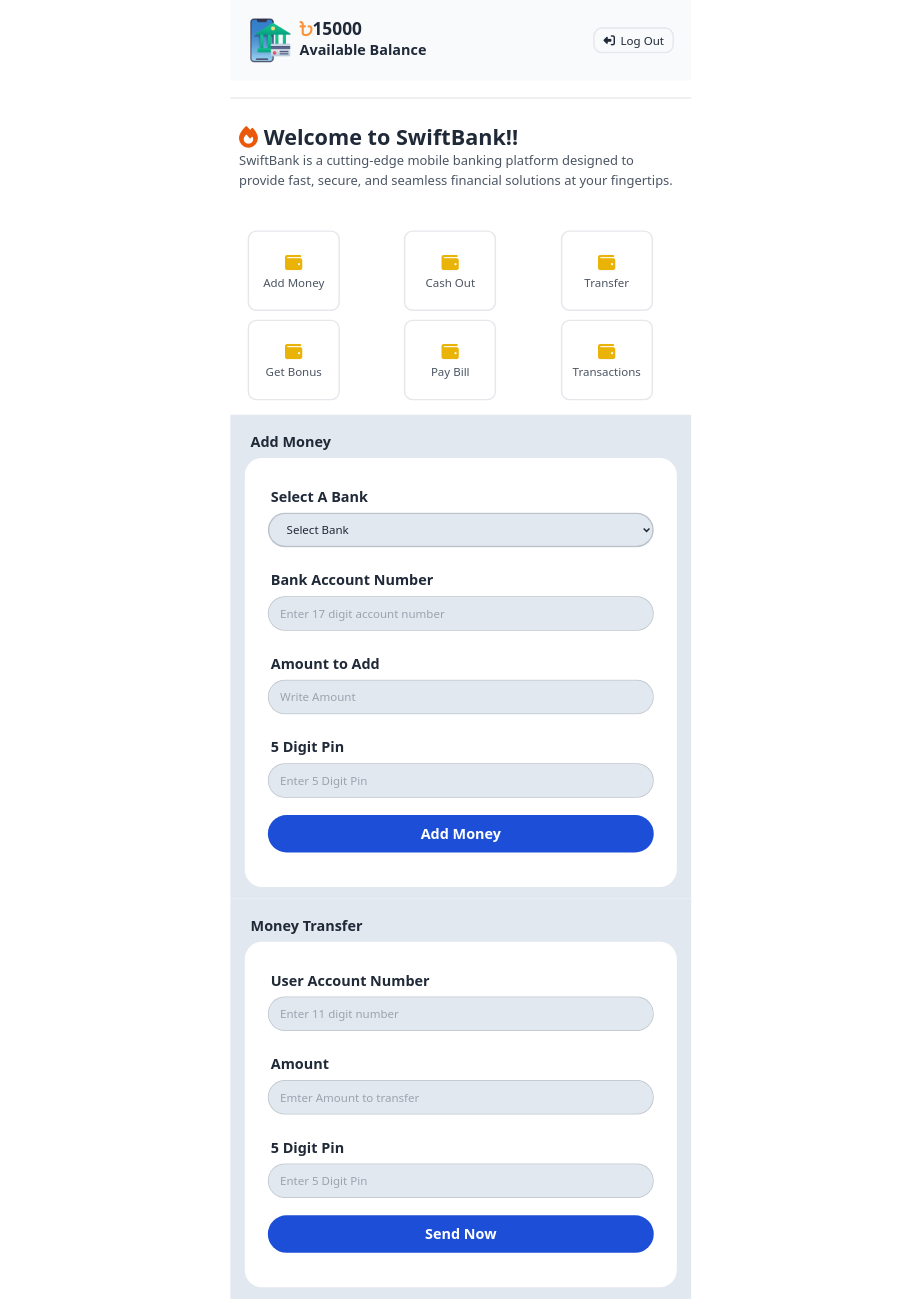
Repository: mukaddam-coder/swift-bank-mobile-banking
Page: home.html
An editor plug-in stored every save of this project. The page is shown before and after the next save, followed by the edit.
The browser window is 1280 px wide. The pictures show the whole page, at 72% of full size.
Some web libraries are served in a nearby version.

Above is the page before, as saved 2024-12-14 01:02:12.

### home.html
<!DOCTYPE html>
<html lang="en">
<head>
    <meta charset="UTF-8">
    <meta name="viewport" content="width=device-width, initial-scale=1.0">
    <title>SwiftBank</title>
    <!-- Fontawesome CDN -->
    <script src="https://kit.fontawesome.com/c4e7b2ed2f.js" crossorigin="anonymous"></script>
    <!-- Google Fonts -->
    <link rel="preconnect" href="https://fonts.googleapis.com">
    <link rel="preconnect" href="https://fonts.gstatic.com" crossorigin>
    <link href="https://fonts.googleapis.com/css2?family=Montserrat:ital,wght@0,100..900;1,100..900&display=swap" rel="stylesheet">
    <!-- Tailwind + DaisyUi CDN -->
    <link href="https://cdn.jsdelivr.net/npm/daisyui@4.12.19/dist/full.min.css" rel="stylesheet" type="text/css" />
    <script src="https://cdn.tailwindcss.com"></script>

</head>
<body>

<main>
  <div class="w-1/2 mx-auto p-6 bg-slate-50 h-full flex justify-between items-center">
    <div class="flex gap-2">
        <!-- Logo -->
    <div>
    <img class="w-16 h-16" src="images/mobile-banking.png">
    </div>
    <div>
   <h2 class="text-2xl font-bold" id="main-balance">
   <i class="fa-solid fa-bangladeshi-taka-sign text-orange-400"></i>15000</h2>
   <p class="font-semibold text-xl">Available Balance</p>
</div>
</div>
<div>
<button class="border-2 w-28 px-1 py-1 rounded-xl"> <i class="fa-solid fa-right-from-bracket rotate-180 mr-2"></i>Log Out</button>
</div>
        </div>
    <div class="divider w-1/2 mx-auto"></div>
    <!-- Greetings Section -->
        <section class="w-1/2 mx-auto p-3">
            <h1 class="font-bold text-3xl"><i class="fa-solid fa-fire text-orange-600 text-3xl mr-2"></i>Welcome to SwiftBank!!</h1>
            <p class="text-gray-600 text-lg">
                SwiftBank is a cutting-edge mobile banking platform designed to provide fast, secure, and seamless financial solutions at your fingertips.
            </p>
        </section>
     <!-- User Actionable Dashboard -->

     <section class="w-1/2 mx-auto py-8 grid grid-cols-3 gap-3">

            <div class="w-32 h-28 ml-3 p-3">
                <button id="show-add-money-section" class="border-2 w-32 h-28 rounded-xl bg-white text-gray-600">
                    <p>
                <i class="fa-solid fa-wallet text-yellow-500 text-2xl"></i>
                    </p>
                Add Money
            </button>
                </div>
                <div class="w-32 h-28 ml-3 p-3">
                <button id="show-cash-out-section" class="border-2 w-32 h-28 rounded-xl bg-white text-gray-600">
                    <p>
                <i class="fa-solid fa-wallet text-yellow-500 text-2xl"></i>
                    </p>
                Cash Out
            </button>
                </div>
                <div class="w-32 h-28 ml-3 p-3">
                <button class="border-2 w-32 h-28 rounded-xl bg-white text-gray-600">
                    <p>
                <i class="fa-solid fa-wallet text-2xl text-yellow-500"></i>
                    </p>
                Transfer
            </button>
                </div>
                <div class="w-32 h-28 ml-3 p-3">
                <button class="border-2 w-32 h-28 rounded-xl bg-white text-gray-600">
                    <p>
                <i class="fa-solid fa-wallet text-2xl text-yellow-500"></i>
                    </p>
                Get Bonus
            </button>
                </div>
                <div class="w-32 h-28 ml-3 p-3">
                <button class="border-2 w-32 h-28 rounded-xl bg-white text-gray-600">
                    <p>
                <i class="fa-solid fa-wallet text-2xl text-yellow-500"></i>
                    </p>
                Pay Bill
            </button>
                </div>
                <div class="w-32 h-28 ml-3 p-3">
                <button class="border-2 w-32 h-28 rounded-xl bg-white text-gray-600">
                    <p>
                <i class="fa-solid fa-wallet text-2xl text-yellow-500"></i>
                    </p>
                Transactions
            </button>
    </div>
      </section>
      <!-- Add Money Section Start -->
      <section id ="add-money-section" class="w-1/2 mx-auto px-5 py-4 bg-slate-200">
        <h2 class="p-2 font-bold text-xl">Add Money</h2>
        <form class="card-body bg-white rounded-3xl">
            <div class="form-control mb-4">
              <label class="label">
                <span class="label-text font-semibold text-xl">Select A Bank</span>
              </label>
              <select id="bank"  class="input-bordered rounded-full bg-slate-200 h-12 px-5 border-2">
                <option value="Select Bank">Select Bank</option>
                <option value="AB Bank PLC">AB Bank PLC</option>
                <option value="Bangladesh Commerce Bank Limited">Bangladesh Commerce Bank Limited</option>
                <option value="Islami Bank Bangladesh PLC">Islami Bank Bangladesh PLC</option>
                <option value="Dutch-Bangla Bank PLC">Dutch-Bangla Bank PLC</option>
                <option value="Jamuna Bank Limited">Jamuna Bank Limited</option>
                <option value="Trust Bank PLC">Trust Bank PLC</option>
              </select>
              </div>

            <div class="form-control mb-4">
              <label class="label">
                <span class="label-text font-semibold text-xl">Bank Account Number</span>
              </label>
              <input id="input-bank-account-field" type="text" placeholder="Enter 17 digit account number" class="input input-bordered rounded-full bg-slate-200" required />

            </div>
            <div class="form-control mb-4">
              <label class="label">
                <span class="label-text font-semibold text-xl">Amount to Add</span>
              </label>
              <input id="input-amount-field" type="text" placeholder="Write Amount" class="input input-bordered rounded-full bg-slate-200" required />

            </div>
            <div class="form-control mb-4">
              <label class="label">
                <span class="label-text font-semibold text-xl">5 Digit Pin</span>
              </label>
              <input id="input-add-money-pin-number" type="password" placeholder="Enter 5 Digit Pin" class="input input-bordered rounded-full bg-slate-200" required />

            </div>


            <div class="form-control mb-4">
              <button id="btn-add-money" class="bg-blue-700 font-bold text-xl text-white p-3 rounded-full">Add Money</button>
            </div>
          </form>
      </section>
      <!-- Add Money Section End -->

      <!-- Cash Out Section Start -->
      <section id ="cash-out-section" class="hidden w-1/2 mx-auto px-5 py-4 bg-slate-200">
        <h2 class="p-2 font-bold text-xl">Cash Out</h2>
        <form class="card-body bg-white rounded-3xl">
            <div class="form-control mb-4">
              <label class="label">
                <span class="label-text font-semibold text-xl">Agent Number</span>
              </label>
              <input type="number" id="input-cash-out-phone" placeholder="Enter 11 digit number" class="input input-bordered rounded-full bg-slate-200" maxlength="11" required >
              </div>
             <div class="form-control mb-4">
              <label class="label">
                <span class="label-text font-semibold text-xl">Withdrawal Amount</span>
              </label>
              <input id="input-cash-out-field" type="text" placeholder="Write Amount" class="input input-bordered rounded-full bg-slate-200" required />
            </div>
            <div class="form-control mb-4">
              <label class="label">
                <span class="label-text font-semibold text-xl">5 Digit Pin</span>
              </label>
              <input id="input-cash-out-pin-number" type="password" placeholder="Enter 5 Digit Pin" class="input input-bordered rounded-full bg-slate-200" required />
              </div>
          <div class="form-control mb-4">
              <button id="btn-cash-out" class="bg-blue-700 font-bold text-xl text-white p-3 rounded-full">Cash Out</button>
            </div>
          </form>
      </section>
     <!-- Cash Out Section End -->

     <!-- Money Transfer Section Start -->
     <section id ="cash-out-section" class="w-1/2 mx-auto px-5 py-4 bg-slate-200">
      <h2 class="p-2 font-bold text-xl">Money Transfer</h2>
      <form class="card-body bg-white rounded-3xl">
          <div class="form-control mb-4">
            <label class="label">
              <span class="label-text font-semibold text-xl">User Account Number</span>
            </label>
            <input type="number" id="input-money-transfer" placeholder="Enter 11 digit number" class="input input-bordered rounded-full bg-slate-200" maxlength="11" required >
            </div>
           <div class="form-control mb-4">
            <label class="label">
              <span class="label-text font-semibold text-xl">Amount</span>
            </label>
            <input id="input-cash-out-field" type="text" placeholder="Emter Amount to transfer" class="input input-bordered rounded-full bg-slate-200" required />
          </div>
          <div class="form-control mb-4">
            <label class="label">
              <span class="label-text font-semibold text-xl">5 Digit Pin</span>
            </label>
            <input id="input-cash-out-pin-number" type="password" placeholder="Enter 5 Digit Pin" class="input input-bordered rounded-full bg-slate-200" required />
            </div>
        <div class="form-control mb-4">
            <button id="btn-cash-out" class="bg-blue-700 font-bold text-xl text-white p-3 rounded-full">Send Now</button>
          </div>
        </form>
    </section>
     <!-- Money Transfer Section End -->
      <script src="Jscript/utilities.js"></script>
      <script src="Jscript/add-money.js"></script>
      <script src="Jscript/cash-out.js"></script>
      <script src="Jscript/features.js"></script>
       </main>

</body>
</html>

### Jscript/utilities.js
function getInputFieldValueById(id){
    const inputValue = document.getElementById(id).value;
    const inputNumber = parseFloat(inputValue);
    return inputNumber;
}


function getTextFieldValueById(id){
    const textValue = document.getElementById(id).innerText;
    const textNumber = parseFloat(textValue);
    return textNumber;
}

function showSectionById(id){
    // Hide all the section
    document.getElementById('add-money-section').classList.add('hidden');
    document.getElementById('cash-out-section').classList.add('hidden');
//    Show the section with provided id
    document.getElementById(id).classList.remove('hidden');
};

### Jscript/add-money.js
document.getElementById('btn-add-money').addEventListener('click', function(event){
    event.preventDefault();
   const addMoney = getInputFieldValueById('input-amount-field');
   const pinNumber = getInputFieldValueById('input-add-money-pin-number');
   const bankAccNumber = getInputFieldValueById('input-bank-account-field');
   const mainBalance = getTextFieldValueById('main-balance');

    if(isNaN(addMoney)){
        alert('Please enter a positive number to add money.');
        return;
    }

    if(addMoney <= 0 ){
        alert('Please enter a positive number to add money.')
    }

   if(pinNumber === 19945 && bankAccNumber === 20501400204694805){
        const newBalance = mainBalance + addMoney;
        document.getElementById('main-balance').innerText = newBalance;
   }
   else{
    alert('Failed to add money!Please try again.')
   }
})

### Jscript/cash-out.js
document.getElementById('btn-cash-out').addEventListener('click', function(event){
    event.preventDefault();
    const cashOut = getInputFieldValueById('input-cash-out-field');
    const cashOutPin = getInputFieldValueById('input-cash-out-pin-number');
    const agentNumber = getInputFieldValueById('input-cash-out-phone');


    if(isNaN(cashOut)){
        alert('Please enter a positive number to cash out.')
        return;
    }
    if(cashOut <= 0){
        alert('Please enter a valid amount to cash out.')
        return;
    }

    if(cashOut > mainBalance){
        alert('You do not have sufficient balance to cash out.');
        return;
    }

    if(cashOutPin === 19945 && agentNumber === 1735109219){
        const mainBalance = getTextFieldValueById('main-balance');
        const newBalance = mainBalance - cashOut;
     document.getElementById('main-balance').innerText = newBalance;
    }
    else{
        alert('Failed to cash out! Please try again.')
    }
})

### Jscript/features.js

// The add money section will show when the add money button is clicked.
document.getElementById('show-add-money-section').addEventListener('click', function(){
    showSectionById('add-money-section');
});

// The cash-out section will show when the cash-out button is clicked.
document.getElementById('show-cash-out-section').addEventListener('click', function(){
    showSectionById('cash-out-section')
})

After the next save:
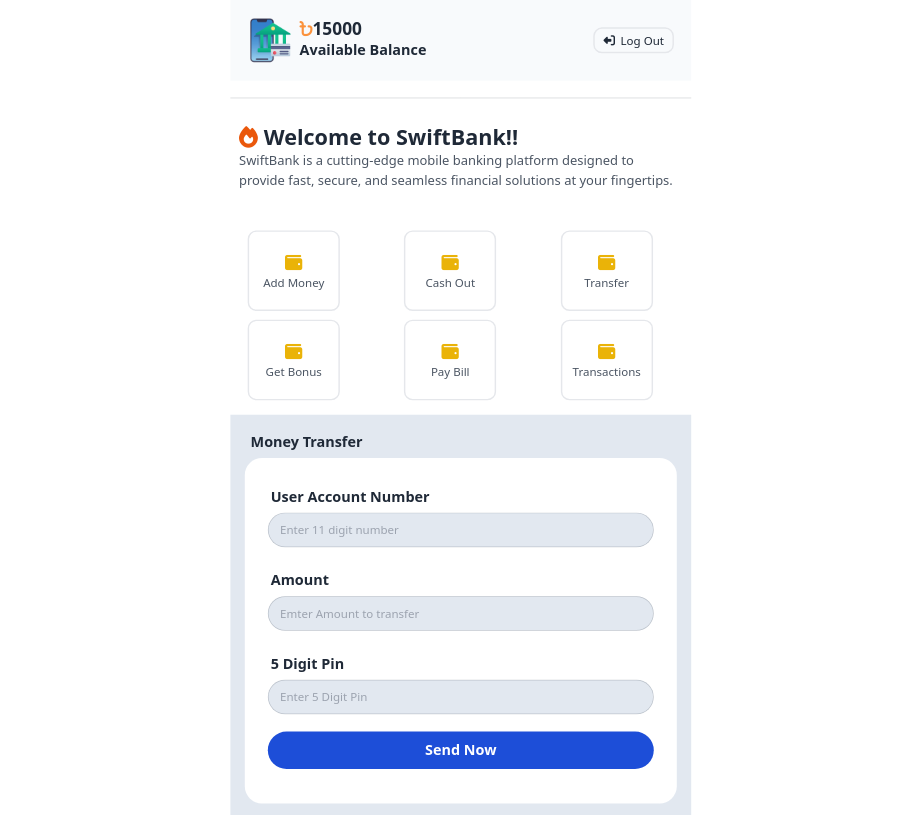
Saved 56 s later.
--- a/home.html
+++ b/home.html
@@ -96,7 +96,7 @@
     </div>
       </section>
       <!-- Add Money Section Start -->
-      <section id ="add-money-section" class="w-1/2 mx-auto px-5 py-4 bg-slate-200">
+      <section id ="add-money-section" class="hidden w-1/2 mx-auto px-5 py-4 bg-slate-200">
         <h2 class="p-2 font-bold text-xl">Add Money</h2>
         <form class="card-body bg-white rounded-3xl">
             <div class="form-control mb-4">
